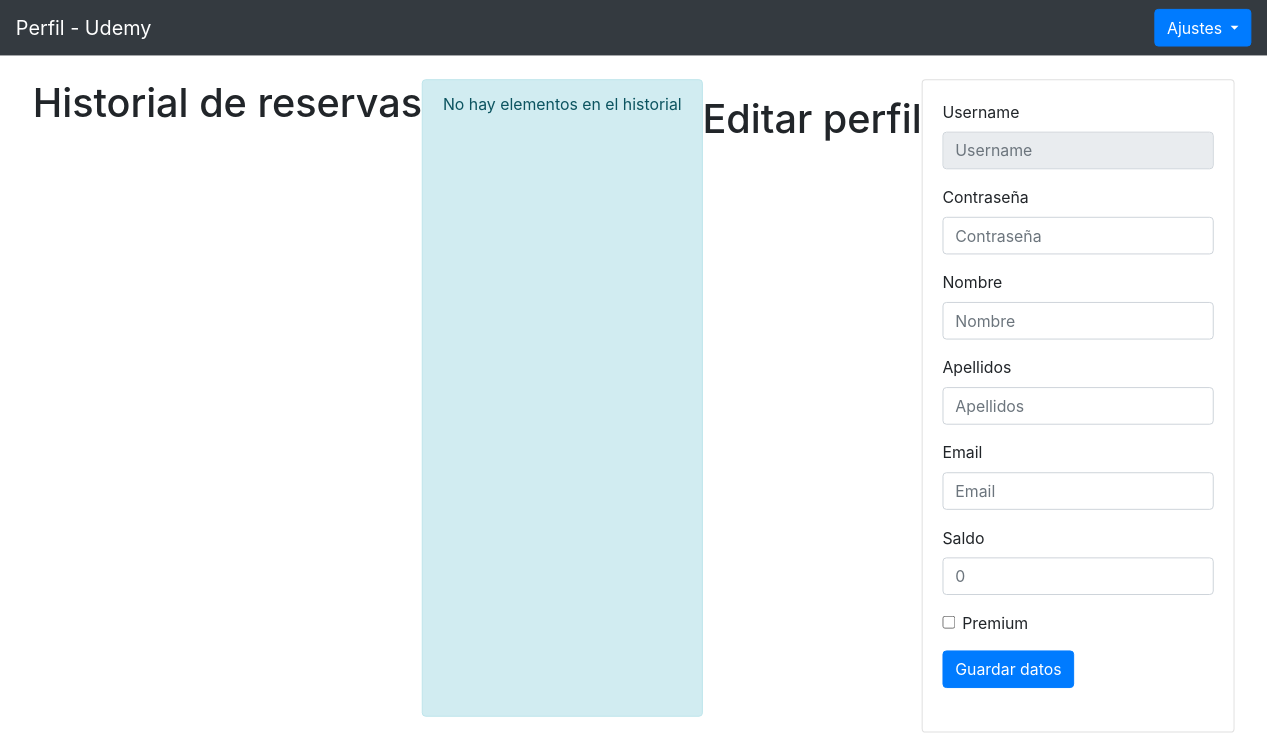
Repository: Enrique-git-hub/curso-java
Page: Workspace/LibreriaUdemy/src/main/webapp/profile.html
The author's editor kept a copy of each file at every save. The page is drawn from the files as they stood at one save, then again after the next save.
The browser window is 1280 px wide. The pictures show the whole page, at 99% of full size.

Above is the page before, as saved 2025-03-20 08:59:13.

After the next save:
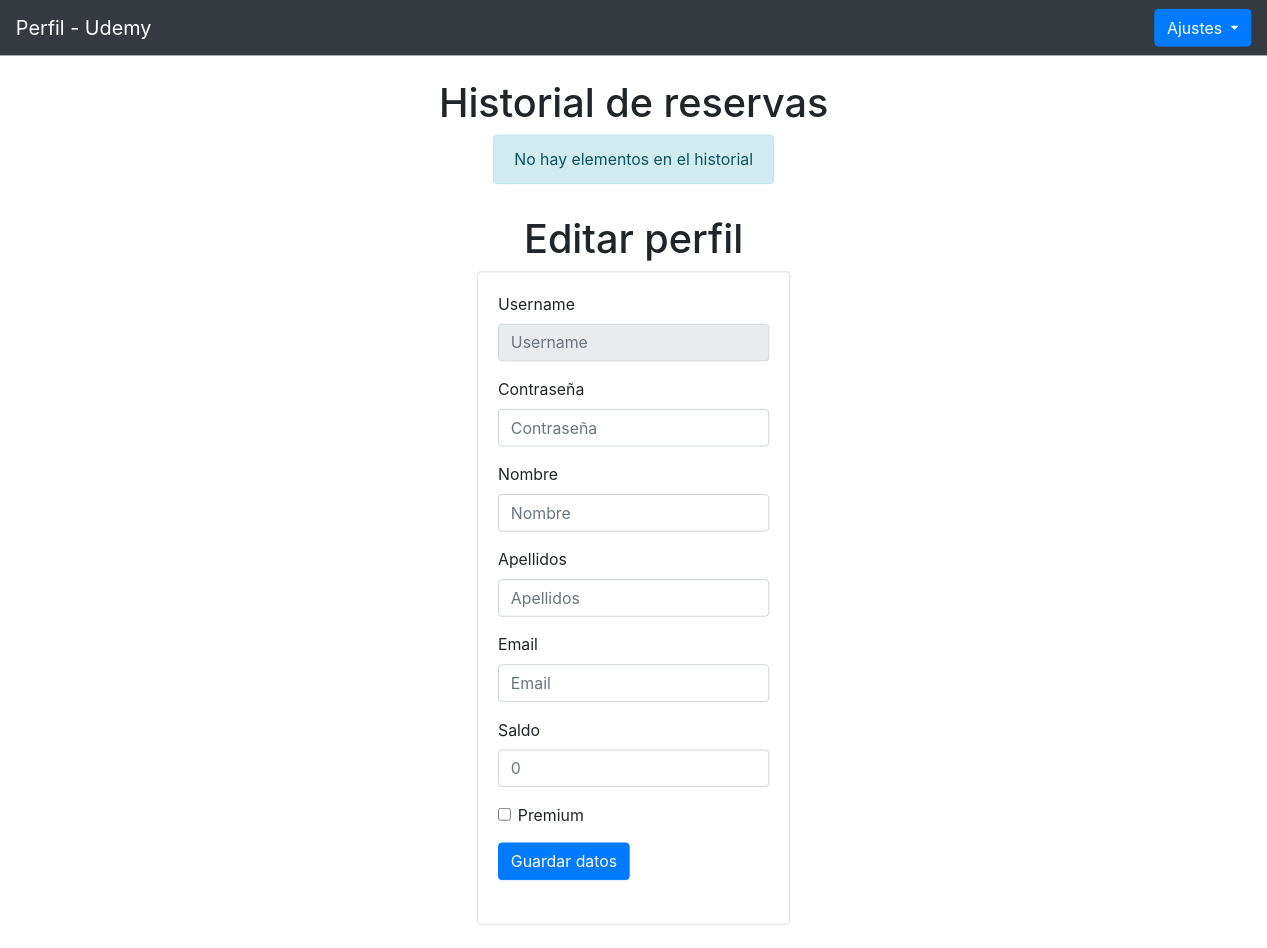
Saved 2 min 57 s later.
--- a/Workspace/LibreriaUdemy/src/main/webapp/profile.html
+++ b/Workspace/LibreriaUdemy/src/main/webapp/profile.html
@@ -34,7 +34,7 @@
 		</div>
 	</nav>
 
-	<main class="p-4 d-flex justify-content-center">
+	<main class="p-4 d-flex flex-column align-items-center">
 	<h1>Historial de reservas</h1>
 
 	<table class="table d-none" id="historial-table">
